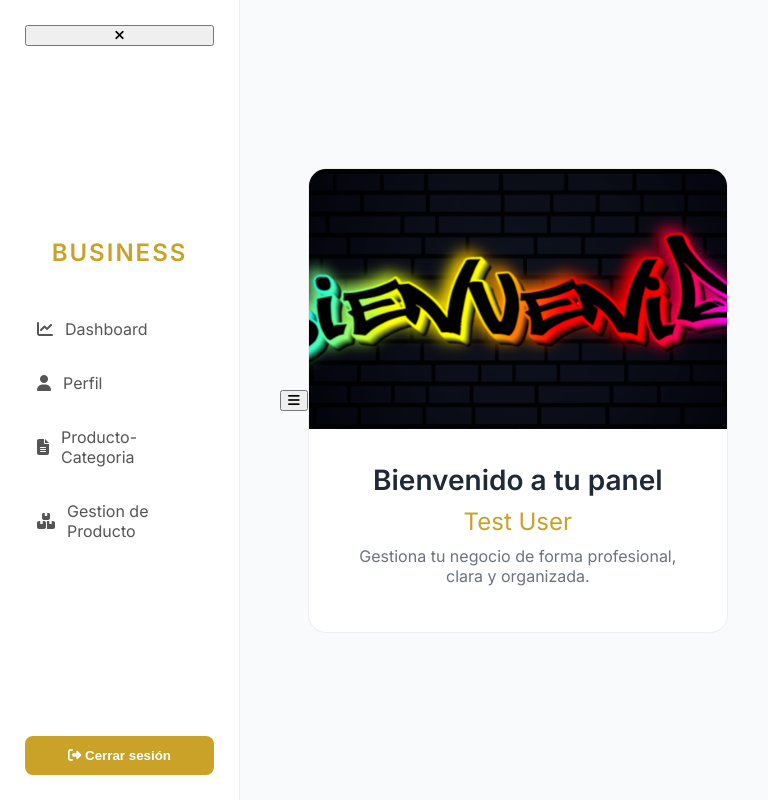
Repository: BrianCarringtom/menuqr
Page: resources/views/business/dashboard.blade.php
The author's editor kept a copy of each file at every save. The page is drawn from the files as they stood at one save, then again after the next save.
The browser window is 768 px wide. The pictures show the whole page.
The page is served by the project's Laravel application, run on PHP 8.4 with Laravel 12. A made-up administrator, Test User (test@example.com), is signed in. Other server files are loaded and not shown. The template is opened directly, without the code that normally fills it, so the values that code supplies are empty.

Above is the page before, as saved 2026-03-24 14:52:08.

### routes/web.php
<?php

use Illuminate\Support\Facades\Route;
use Illuminate\Support\Facades\Auth;
use App\Models\User;
use Illuminate\Http\Request;
use Illuminate\Support\Str;
use App\Models\Category;
use App\Models\Product;

// Página pública
Route::get('/', function () {
    return view('welcome');
});

// 🔥 REDIRECCIÓN INTELIGENTE (CLAVE)
Route::get('/dashboard', function () {

    if (!Auth::check()) {
        return redirect('/login');
    }

    if (Auth::user()->role === 'admin') {
        return redirect('/admin');
    }

    return redirect('/business');
})->middleware('auth');


// PANEL ADMIN
// Dashboard
Route::get('/admin', function () {

    if (Auth::user()->role !== 'admin') {
        abort(403);
    }

    return view('admin.dashboard');
})->middleware('auth');


// Usuarios
Route::get('/admin/users', function () {

    if (Auth::user()->role !== 'admin') {
        abort(403);
    }

    $users = User::all();

    return view('admin.users', compact('users'));
})->middleware('auth');

// CREAR USUARIOS (solo admin)
Route::post('/admin/create-user', function (Request $request) {

    if (Auth::user()->role !== 'admin') {
        abort(403);
    }

    // Generar slug único
    $slugBase = Str::slug($request->name); // Convierte "Fonda Maricela" → "fonda-maricela"
    $slug = $slugBase;
    $counter = 1;

    while (User::where('slug', $slug)->exists()) {
        $slug = $slugBase . '-' . $counter++;
    }

    User::create([
        'name' => $request->name,
        'email' => $request->email,
        'password' => bcrypt($request->password),
        'role' => 'business',
        'slug' => $slug, // <-- importante
    ]);

    return back()->with('success', 'Usuario creado con slug: ' . $slug);
})->middleware('auth');

// EDITAR (mostrar datos)
Route::get('/admin/users/{id}/edit', function ($id) {
    if (Auth::user()->role !== 'admin') {
        abort(403);
    }

    $user = User::findOrFail($id);
    return view('admin.edit-user', compact('user'));
})->middleware('auth')->name('users.edit');


// ACTUALIZAR
Route::put('/admin/users/{id}', function (Request $request, $id) {
    if (Auth::user()->role !== 'admin') {
        abort(403);
    }

    $user = User::findOrFail($id);

    $user->update([
        'name' => $request->name,
        'email' => $request->email,
        'role' => $request->role,
    ]);

    return redirect('/admin/users')->with('success', 'Usuario actualizado correctamente');
})->middleware('auth')->name('users.update');


// ELIMINAR
Route::delete('/admin/users/{id}', function ($id) {
    if (Auth::user()->role !== 'admin') {
        abort(403);
    }

    $user = User::findOrFail($id);
    $user->delete();

    return back()->with('success', 'Usuario eliminado correctamente');
})->middleware('auth')->name('users.destroy');

Route::put('/admin/users/{id}/toggle', function ($id) {

    $user = User::findOrFail($id);

    // 🔥 lo invierte solo (true → false, false → true)
    $user->is_active = !$user->is_active;
    $user->save();

    return back();
})->name('users.toggle')->middleware('auth');


// PANEL BUSINESS
Route::get('/business', function () {

    if (Auth::user()->role !== 'business') {
        abort(403);
    }

    return view('business.dashboard');
})->middleware('auth');

Route::get('/business/profile', function () {

    if (Auth::user()->role !== 'business') {
        abort(403);
    }

    return view('business.profile');
})->middleware('auth');

Route::get('/business/producto', function () {

    if (Auth::user()->role !== 'business') {
        abort(403);
    }

    return view('business.producto');
})->middleware('auth');

Route::post('/business/profile/image', function (Request $request) {

    if (!Auth::check()) {
        abort(403);
    }

    $request->validate([
        'image' => 'required|image|mimes:jpg,jpeg,png|max:2048'
    ]);

    /** @var \App\Models\User $user */
    $user = Auth::user();

    if ($request->hasFile('image')) {

        $path = $request->file('image')->store('profiles', 'public');

        $user->image = $path;
        $user->save(); // 🔥 ya no marca error visual
    }

    return back()->with('success', 'Imagen actualizada');
})->middleware('auth');

Route::get('/business/gestion', function () {

    if (Auth::user()->role !== 'business') {
        abort(403);
    }

    return view('business.gestion'); // o cambia también la vista si quieres
})->middleware('auth');

// GUARDAR CATEGORIA
Route::post('/business/category', function (Request $request) {

    if (!Auth::check()) {
        abort(403);
    }

    $request->validate([
        'category' => 'required|string|max:255'
    ]);

    Category::create([
        'name' => $request->category,
        'user_id' => Auth::id() // 🔥 FIX AQUÍ
    ]);

    return back()->with('success', 'Categoría creada');
})->middleware('auth');

Route::delete('/business/category/{id}', function ($id) {

    $category = Category::where('id', $id)
        ->where('user_id', Auth::id())
        ->firstOrFail();

    $category->delete();

    return back()->with('success', 'Categoría eliminada');
})->middleware('auth')->name('categories.destroy');

Route::get('/business/category/edit/{id}', function ($id) {

    $category = Category::where('id', $id)
        ->where('user_id', Auth::id())
        ->firstOrFail();

    return view('edit-category', compact('category'));
})->middleware('auth')->name('categories.edit');

Route::put('/business/category/{id}', function (Request $request, $id) {

    $request->validate([
        'name' => 'required|string|max:255'
    ]);

    $category = Category::where('id', $id)
        ->where('user_id', Auth::id())
        ->firstOrFail();

    $category->update([
        'name' => $request->name
    ]);

    return redirect('/business/gestion')->with('success', 'Categoría actualizada');
})->middleware('auth')->name('categories.update');

// GUARDAR PRODUCTO
Route::post('/business/product', function (Request $request) {

    if (!Auth::check()) {
        abort(403);
    }

    $request->validate([
        'name' => 'required|string|max:255',
        'price' => 'required|numeric',
        'description' => 'required|string',
        'category' => 'required|exists:categories,id'
    ]);

    Product::create([
        'name' => $request->name,
        'price' => $request->price,
        'description' => $request->description,
        'category_id' => $request->category,
        'user_id' => Auth::id() // 🔥 FIX AQUÍ
    ]);

    return back()->with('success', 'Producto agregado');
})->middleware('auth');

Route::delete('/business/product/{id}', function ($id) {

    $product = Product::where('id', $id)
        ->where('user_id', Auth::id())
        ->firstOrFail();

    $product->delete();

    return back()->with('success', 'Producto eliminado');
})->middleware('auth')->name('products.destroy');

Route::get('/business/product/edit/{id}', function ($id) {

    $product = Product::where('id', $id)
        ->where('user_id', Auth::id())
        ->firstOrFail();

    $categories = Category::where('user_id', Auth::id())->get();

    return view('edit-product', compact('product', 'categories'));
})->middleware('auth')->name('products.edit');

Route::put('/business/product/{id}', function (Request $request, $id) {

    $request->validate([
        'name' => 'required',
        'price' => 'required|numeric',
        'description' => 'required',
        'category' => 'required|exists:categories,id'
    ]);

    $product = Product::where('id', $id)
        ->where('user_id', Auth::id())
        ->firstOrFail();

    $product->update([
        'name' => $request->name,
        'price' => $request->price,
        'description' => $request->description,
        'category_id' => $request->category
    ]);

    return redirect('/business/gestion')->with('success', 'Producto actualizado');
})->middleware('auth')->name('products.update');

// 🔥 PERFIL PÚBLICO POR SLUG (SIEMPRE AL FINAL)
Route::get('/{slug}', function ($slug) {

    $user = User::where('slug', $slug)
        ->with('categories.products')
        ->firstOrFail();

    // 🚫 BLOQUEAR ACCESO AL SLUG
    if (!$user->is_active) {
        abort(403, 'Este perfil está bloqueado');
    }

    return view('business.show', compact('user'));
})->where('slug', '^(?!admin|business|login|register|dashboard|api|logout).*$');

// 🔥 IMPORTANTE
require __DIR__ . '/auth.php';

### routes/auth.php
<?php

use App\Http\Controllers\Auth\AuthenticatedSessionController;
use App\Http\Controllers\Auth\ConfirmablePasswordController;
use App\Http\Controllers\Auth\EmailVerificationNotificationController;
use App\Http\Controllers\Auth\EmailVerificationPromptController;
use App\Http\Controllers\Auth\NewPasswordController;
use App\Http\Controllers\Auth\PasswordController;
use App\Http\Controllers\Auth\PasswordResetLinkController;
use App\Http\Controllers\Auth\RegisteredUserController;
use App\Http\Controllers\Auth\VerifyEmailController;
use Illuminate\Support\Facades\Route;
use Illuminate\Support\Facades\Auth;
use Illuminate\Http\Request;

/*
|--------------------------------------------------------------------------
| RUTAS SOLO PARA INVITADOS (NO LOGUEADOS)
|--------------------------------------------------------------------------
*/

Route::middleware('guest')->group(function () {

    Route::get('login', [AuthenticatedSessionController::class, 'create'])
        ->name('login');

    Route::post('login', [AuthenticatedSessionController::class, 'store']);

    Route::get('forgot-password', [PasswordResetLinkController::class, 'create'])
        ->name('password.request');

    Route::post('forgot-password', [PasswordResetLinkController::class, 'store'])
        ->name('password.email');

    Route::get('reset-password/{token}', [NewPasswordController::class, 'create'])
        ->name('password.reset');

    Route::post('reset-password', [NewPasswordController::class, 'store'])
        ->name('password.store');
});

/*
|--------------------------------------------------------------------------
| RUTAS PARA USUARIOS AUTENTICADOS
|--------------------------------------------------------------------------
*/
Route::middleware('auth')->group(function () {

    /*
    |--------------------------------------------------------------------------
    | 🔥 REGISTER SOLO ADMIN
    |--------------------------------------------------------------------------
    */
    Route::get('register', function () {
        if (Auth::user()->role !== 'admin') {
            abort(403);
        }

        return app(RegisteredUserController::class)->create();
    })->name('register');

    Route::post('register', function (Request $request) {
        if (Auth::user()->role !== 'admin') {
            abort(403);
        }

        return app(RegisteredUserController::class)->store($request);
    });

    /*
    |--------------------------------------------------------------------------
    | RESTO DE RUTAS
    |--------------------------------------------------------------------------
    */
    Route::get('verify-email', EmailVerificationPromptController::class)
        ->name('verification.notice');

    Route::get('verify-email/{id}/{hash}', VerifyEmailController::class)
        ->middleware(['signed', 'throttle:6,1'])
        ->name('verification.verify');

    Route::post('email/verification-notification', [EmailVerificationNotificationController::class, 'store'])
        ->middleware('throttle:6,1')
        ->name('verification.send');

    Route::get('confirm-password', [ConfirmablePasswordController::class, 'show'])
        ->name('password.confirm');

    Route::post('confirm-password', [ConfirmablePasswordController::class, 'store']);

    Route::put('password', [PasswordController::class, 'update'])
        ->name('password.update');

    Route::post('logout', [AuthenticatedSessionController::class, 'destroy'])
        ->name('logout');
});

### app/Models/User.php
<?php

namespace App\Models;

use Database\Factories\UserFactory;
use Illuminate\Database\Eloquent\Factories\HasFactory;
use Illuminate\Foundation\Auth\User as Authenticatable;
use Illuminate\Notifications\Notifiable;

class User extends Authenticatable
{
    /** @use HasFactory<UserFactory> */
    use HasFactory, Notifiable;

    /**
     * The attributes that are mass assignable.
     *
     * @var list<string>
     */
    protected $fillable = [
        'name',
        'email',
        'password',
        'role',   // <-- agregar
        'slug',   // <-- agregar
    ];

    /**
     * The attributes that should be hidden for serialization.
     *
     * @var list<string>
     */
    protected $hidden = [
        'password',
        'remember_token',
    ];

    public function categories()
    {
        return $this->hasMany(Category::class);
    }

    public function products()
    {
        return $this->hasMany(Product::class);
    }
    /**
     * Get the attributes that should be cast.
     *
     * @return array<string, string>
     */
    protected function casts(): array
    {
        return [
            'email_verified_at' => 'datetime',
            'password' => 'hashed',
        ];
    }
}

### resources/views/business/dashboard.blade.php
<!DOCTYPE html>
<html lang="es">

<head>
    <meta charset="UTF-8">
    <title>Business Dashboard</title>

    <!-- Fuente -->
    <link href="https://fonts.googleapis.com/css2?family=Inter:wght@300;400;600&display=swap" rel="stylesheet">

    <!-- Iconos -->
    <link rel="stylesheet" href="https://cdnjs.cloudflare.com/ajax/libs/font-awesome/6.4.2/css/all.min.css">

    <style>
        * {
            box-sizing: border-box;
        }

        body {
            margin: 0;
            font-family: 'Inter', sans-serif;
            background: #f9fafb;
            color: #1f2937;
        }

        .container {
            display: flex;
            height: 100vh;
        }

        /* SIDEBAR */
        .sidebar {
            width: 240px;
            background: white;
            border-right: 1px solid #eee;
            padding: 25px;
            display: flex;
            flex-direction: column;
            justify-content: space-between;
        }

        .sidebar h2 {
            text-align: center;
            color: #c9a227;
            font-weight: 600;
            letter-spacing: 2px;
        }

        .menu {
            margin-top: 40px;
        }

        .menu a {
            display: flex;
            align-items: center;
            gap: 12px;
            padding: 12px;
            margin-bottom: 10px;
            border-radius: 8px;
            text-decoration: none;
            color: #555;
            transition: 0.25s;
        }

        .menu a:hover {
            background: #fef9e7;
            color: #c9a227;
        }

        .logout-btn {
            background: #c9a227;
            border: none;
            padding: 12px;
            border-radius: 8px;
            color: white;
            font-weight: 600;
            cursor: pointer;
        }

        .logout-btn:hover {
            background: #a8831f;
        }

        /* MAIN */
        .main {
            flex: 1;
            display: flex;
            align-items: center;
            justify-content: center;
            padding: 40px;
        }

        /* WELCOME */
        .welcome-box {
            background: white;
            border-radius: 18px;
            overflow: hidden;
            max-width: 700px;
            width: 100%;
            border: 1px solid #eee;
            text-align: center;
        }

        .welcome-box img {
            width: 100%;
            height: 260px;
            object-fit: cover;
        }

        .welcome-content {
            padding: 30px;
        }

        .welcome-content h1 {
            margin: 0;
            font-size: 28px;
            color: #1f2937;
        }

        .welcome-content h2 {
            margin: 10px 0;
            color: #c9a227;
            font-weight: 500;
        }

        .welcome-content p {
            color: #6b7280;
            margin-top: 10px;
        }
    </style>
</head>

<body>

    <div class="container">

        <!-- SIDEBAR -->
        <div class="sidebar">

            <button class="close-menu" onclick="toggleMenu()">
                <i class="fas fa-times"></i>
            </button>

            <div>
                <h2>BUSINESS</h2>

                <div class="menu">
                    <a href="/business"><i class="fas fa-chart-line"></i> Dashboard</a>
                    <a href="/business/profile"><i class="fas fa-user"></i> Perfil</a>
                    <a href="/business/producto"><i class="fas fa-file-alt"></i> Producto-Categoria</a>
                    <a href="/business/gestion"><i class="fas fa-boxes"></i> Gestion de Producto</a>
                </div>
            </div>

            <form id="logout-form" action="{{ route('logout') }}" method="POST" style="display: none;">
                @csrf
            </form>

            <button class="logout-btn"
                onclick="event.preventDefault(); document.getElementById('logout-form').submit();">
                <i class="fas fa-sign-out-alt"></i> Cerrar sesión
            </button>
        </div>

        <!-- MAIN -->
        <div class="main">
            <button class="menu-toggle" onclick="toggleMenu()">
                <i class="fas fa-bars"></i>
            </button>

            <div class="welcome-box">
                <img src="/images/bienvenido.png" alt="Negocio">

                <div class="welcome-content">
                    <h1>Bienvenido a tu panel</h1>
                    <h2>{{ auth()->user()->name }}</h2>
                    <p>Gestiona tu negocio de forma profesional, clara y organizada.</p>
                </div>
            </div>

        </div>

    </div>

</body>

</html>

Loaded but not shown: app/Http/Controllers/Auth/EmailVerificationPromptController.php (common file); app/Http/Controllers/Controller.php (common file); app/Http/Controllers/Auth/VerifyEmailController.php (common file)

After the next save:
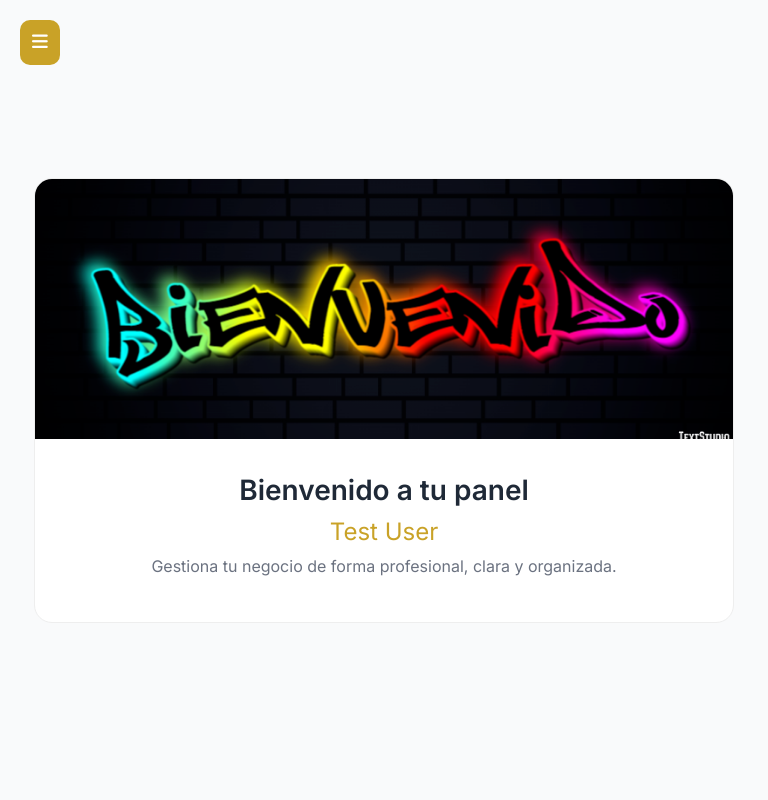
Saved 11 s later.
--- a/resources/views/business/dashboard.blade.php
+++ b/resources/views/business/dashboard.blade.php
@@ -127,6 +127,68 @@
             color: #6b7280;
             margin-top: 10px;
         }
+
+        /* HAMBURGUESA */
+        .menu-toggle {
+            display: none;
+            position: fixed;
+            top: 20px;
+            left: 20px;
+            background: #c9a227;
+            color: white;
+            border: none;
+            padding: 12px;
+            border-radius: 10px;
+            font-size: 18px;
+            z-index: 1001;
+            cursor: pointer;
+        }
+
+        /* BOTÓN CERRAR */
+        .close-menu {
+            display: none;
+            position: absolute;
+            top: 15px;
+            right: 15px;
+            background: none;
+            border: none;
+            font-size: 22px;
+            cursor: pointer;
+        }
+
+        /* RESPONSIVE */
+        @media (max-width: 900px) {
+
+            .menu-toggle {
+                display: block;
+            }
+
+            .sidebar {
+                position: fixed;
+                top: 0;
+                left: -260px;
+                height: 100%;
+                z-index: 1000;
+                transition: 0.3s;
+            }
+
+            .sidebar.active {
+                left: 0;
+            }
+
+            .close-menu {
+                display: block;
+            }
+
+            .main {
+                padding: 20px;
+            }
+        }
+
+        /* OCULTAR HAMBURGUESA CUANDO SE ABRE */
+        .sidebar.active~.main .menu-toggle {
+            display: none;
+        }
     </style>
 </head>
 
